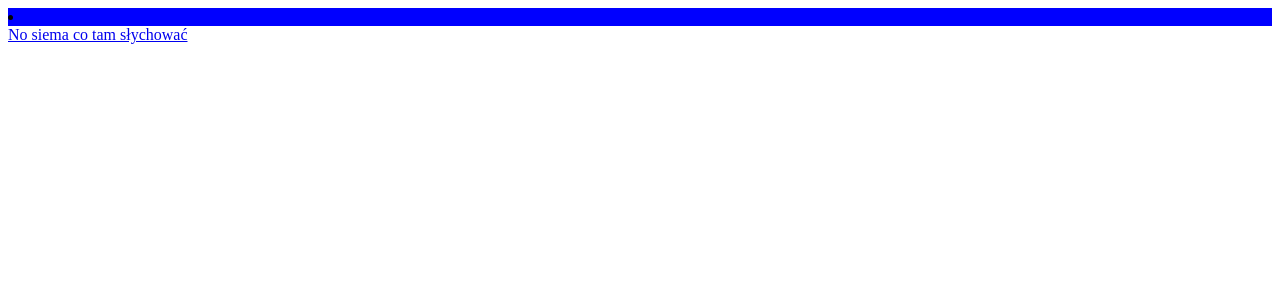
Repository: qunikarp/first-frontend-steps
Page: index.html
These files come from the project's save history. The page is drawn as it stood at one moment and after a run of saves; the edit follows.
The browser window is 1280 px wide. The pictures show the whole page.

Above is the page before, as saved 2022-05-23 23:15:05.

### index.html
<!DOCTYPE html>
<html lang="en">
<head>
    <meta charset="UTF-8">
    <meta http-equiv="X-UA-Compatible" content="IE=edge">
    <meta name="viewport" content="width=device-width, initial-scale=1.0">
    <link rel="stylesheet" href="style.css"/>
    <title>Mighty Tavern</title>
</head>
<body>
    <div>
        <div class="menu">
            <nav class="main-navigation">
                <li class="main-navigation-element"></li>
            </nav>
        </div>

    </div>
    <script>
        alert('No co tam mordeczko')
    </script>
    <a href="dududupa">No siema co tam słychować</a>
</body>
</html>

### style.css
.menu
{
    border
    margin:15px;
    background-color: blue;

}
.main-navigation
{

}
.main-navigation-element
{

}

After the next 8 saves:
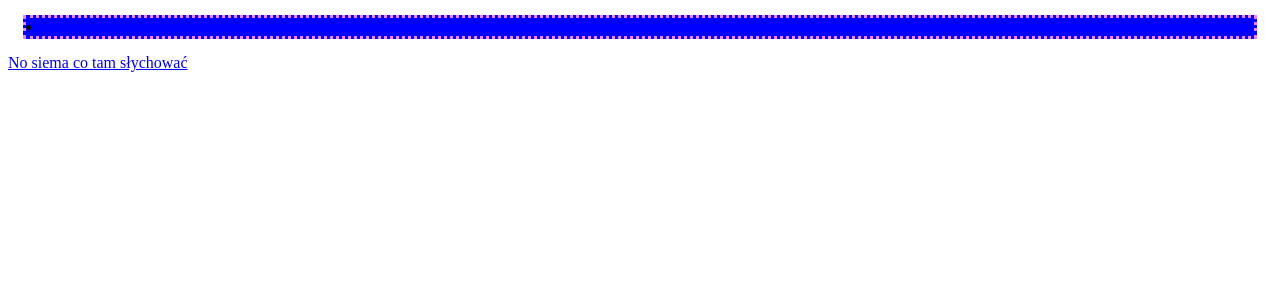
The 8 saves are shown as one change because they came seconds apart.
The last was saved 21 s later.
--- a/style.css
+++ b/style.css
@@ -1,6 +1,6 @@
 .menu
 {
-    border
+    border: 3px dotted violet;
     margin:15px;
     background-color: blue;
 
